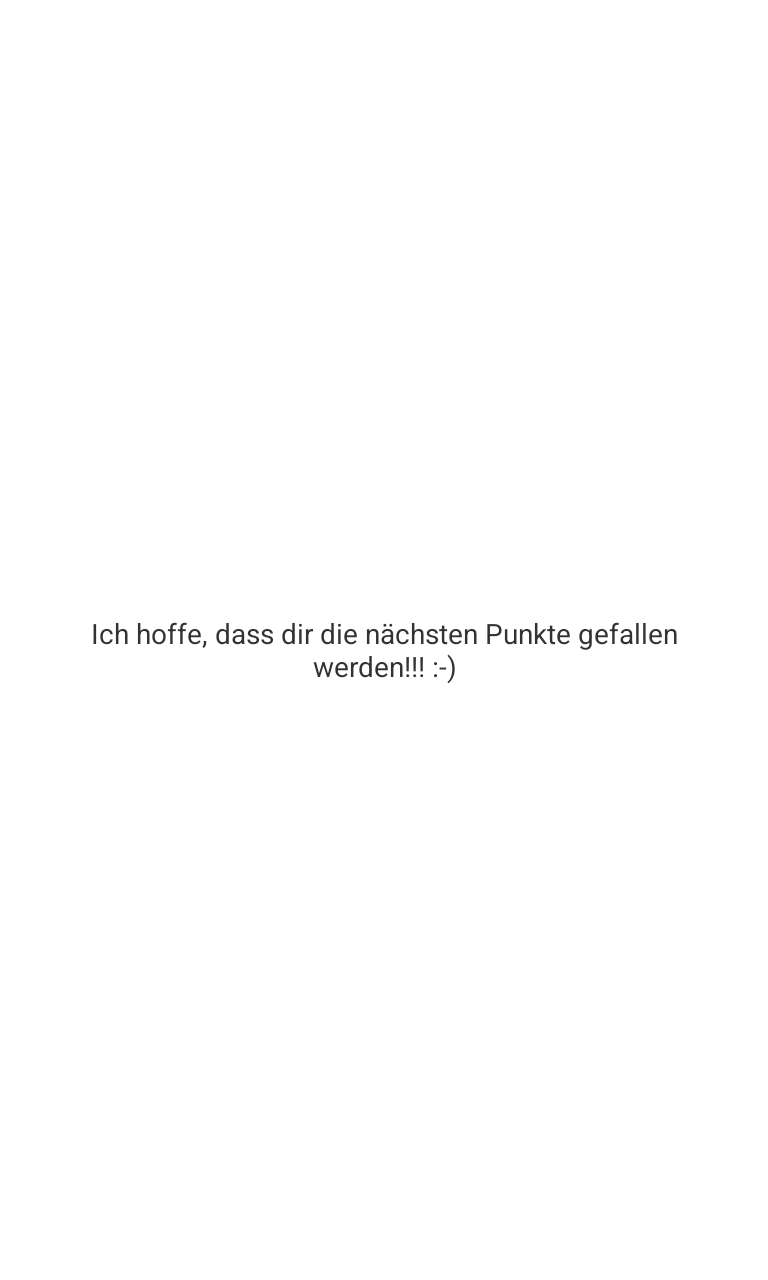
Repository: flashback2k12/ChristmasPresent
Layout: ChristmasPresent/res/layout/popup_first_coupon.xml
The author's editor kept a copy of each file at every save. The layout is drawn from the files as they stood at one save, then again after the next save.
It is drawn on a 768 x 1280 px phone screen (xhdpi) without system bars, with theme AppTheme; the app's code is not run.

Above is the layout before, as saved 2012-12-18 17:53:47.

### ChristmasPresent/res/layout/popup_first_coupon.xml
<?xml version="1.0" encoding="utf-8"?>
<LinearLayout xmlns:android="http://schemas.android.com/apk/res/android"
    android:layout_width="fill_parent"
    android:layout_height="wrap_content"
    android:orientation="vertical"
    android:padding="10dp" >

    <TextView
        android:layout_width="fill_parent"
        android:layout_height="match_parent"
        android:layout_marginLeft="20dp"
        android:layout_marginRight="20dp"
        android:layout_marginTop="10dip"
        android:gravity="center"
        android:text="@string/hello_schatz_z2" />

</LinearLayout>

### ChristmasPresent/res/values-v11/styles.xml
<resources>

	<style  name="AppTheme" parent="android:Theme.Holo.Light" />

</resources>

### ChristmasPresent/res/values/strings.xml
<?xml version="1.0" encoding="utf-8"?>
<resources>

    <string name="app_name">Weihnachtsgeschenk</string>
    <string name="hello_schatz_z1">Ich wünsche dir alles liebe zum Weihnachtsfest mein Schatz. :-* </string>
    <string name="hello_schatz_z2">Ich hoffe, dass dir die nächsten Punkte gefallen werden!!! :-)</string><string name="menu_settings">Menü</string>
    <string name="title_activity_main">Weihnachtsgeschenk</string>
    <string name="button_standard">drück mich!</string>
    <string name="checkbox1">Gutschein 1</string>
    <string name="checkbox2">Gutschein 2</string>
    <string name="checkbox3">Gutschein 3</string>
    <string name="checkbox4">Gutschein 4</string>
    <string name="checkbox5">Gutschein 5</string>

</resources>

Loaded but not shown: ChristmasPresent/res/values-v14/styles.xml (common file); ChristmasPresent/res/values/styles.xml (common file)

After the next save:
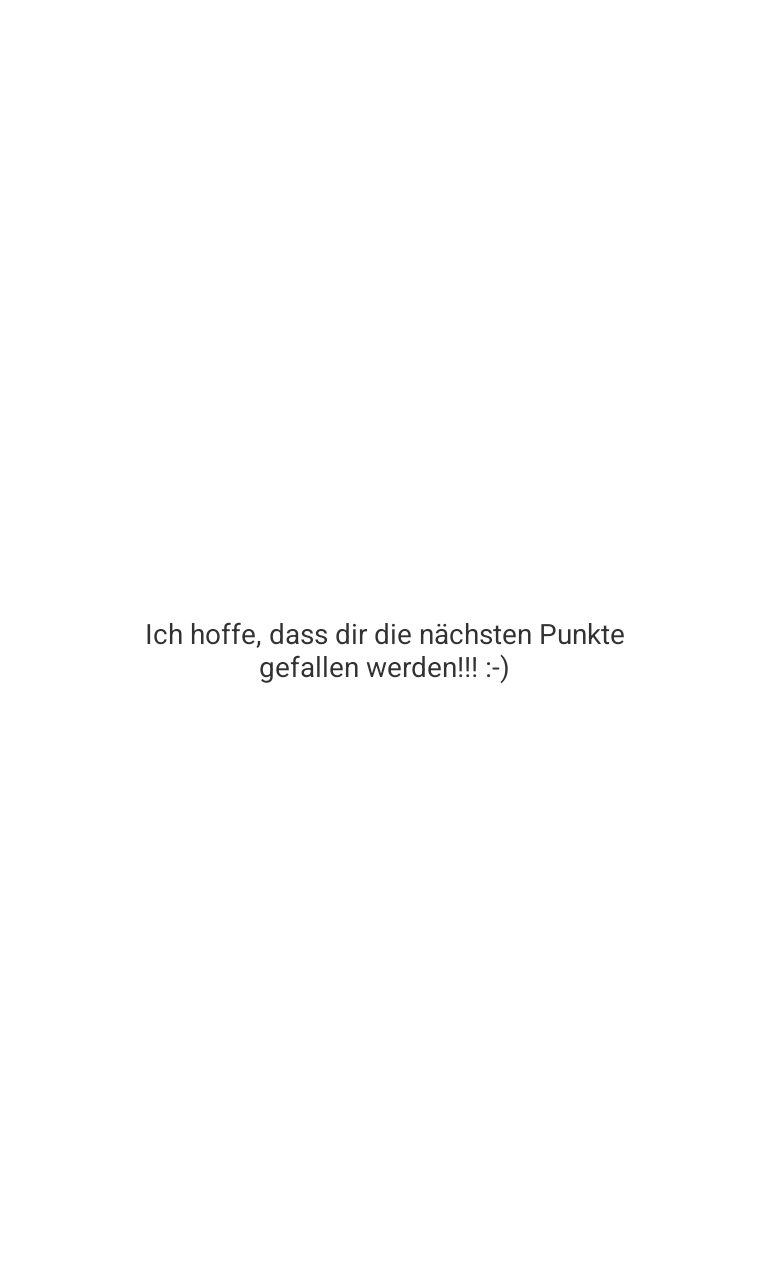
Saved 78 s later.
--- a/ChristmasPresent/res/layout/popup_first_coupon.xml
+++ b/ChristmasPresent/res/layout/popup_first_coupon.xml
@@ -3,7 +3,7 @@
     android:layout_width="fill_parent"
     android:layout_height="wrap_content"
     android:orientation="vertical"
-    android:padding="10dp" >
+    android:padding="50dp" >
 
     <TextView
         android:layout_width="fill_parent"

After the save that followed:
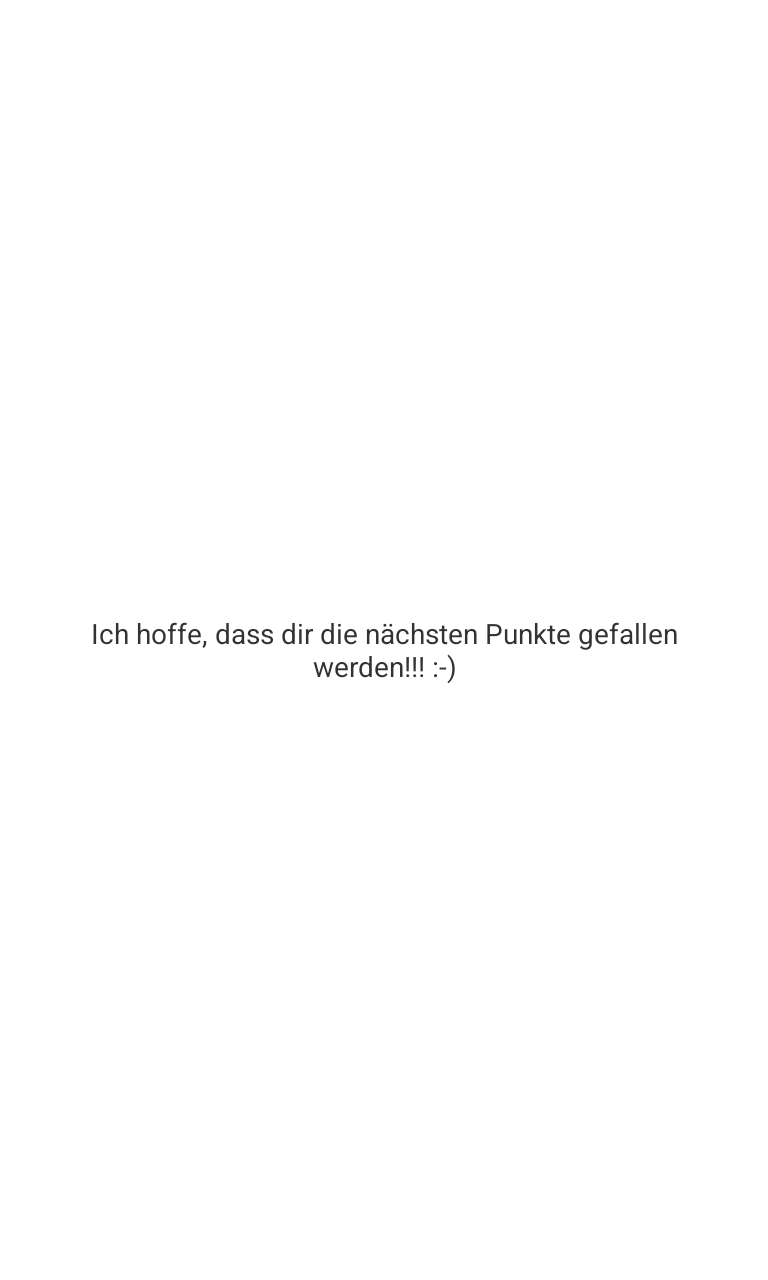
Saved 109 s later.
--- a/ChristmasPresent/res/layout/popup_first_coupon.xml
+++ b/ChristmasPresent/res/layout/popup_first_coupon.xml
@@ -3,7 +3,7 @@
     android:layout_width="fill_parent"
     android:layout_height="wrap_content"
     android:orientation="vertical"
-    android:padding="50dp" >
+    android:padding="0dp" >
 
     <TextView
         android:layout_width="fill_parent"
